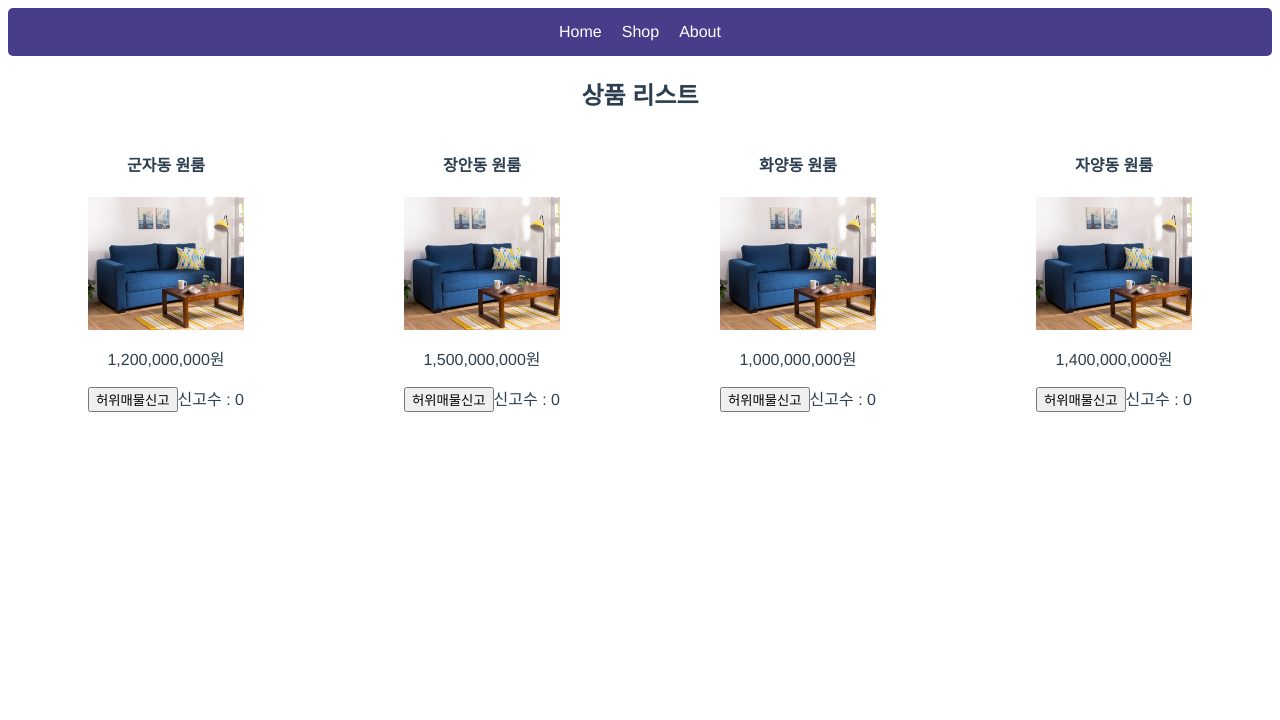
Repository: jy0813/Function
Page: / (app in function/)
These files come from the project's save history. The page is drawn as it stood at one moment and after the next save; the edit follows.
The browser window is 1280 px wide. The pictures show the whole page.
The project was rebuilt for these pictures with package versions that can differ from the ones it lists, and the page was loaded fresh each time.

Above is the page before, as saved 2022-02-24 13:06:12.

After the next save:
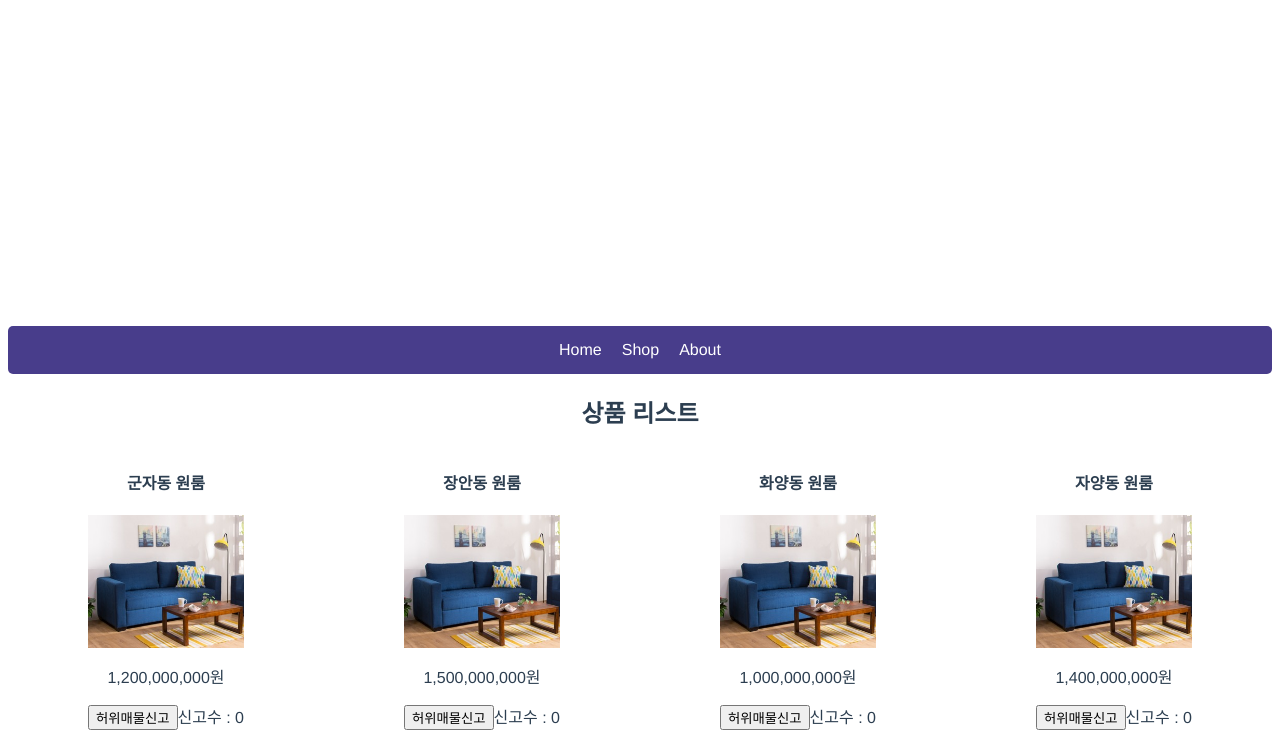
Saved 91 s later.
--- a/function/src/App.vue
+++ b/function/src/App.vue
@@ -1,5 +1,6 @@
 <template>
   <div id="container">
+    <main id="contents" class="main"></main>
     <div class="menu">
       <a v-for="(item, i) in menu" :key="'item' + i">{{item}}</a>
     </div>
@@ -83,6 +84,11 @@
     clear: both;
   }
 
+  #contents {
+      padding-bottom: 100px;
+  min-height: calc(100vh - 502px);
+  }
+
   .menu {
     background: darkslateblue;
     padding: 15px;

After the 3 saves that followed:
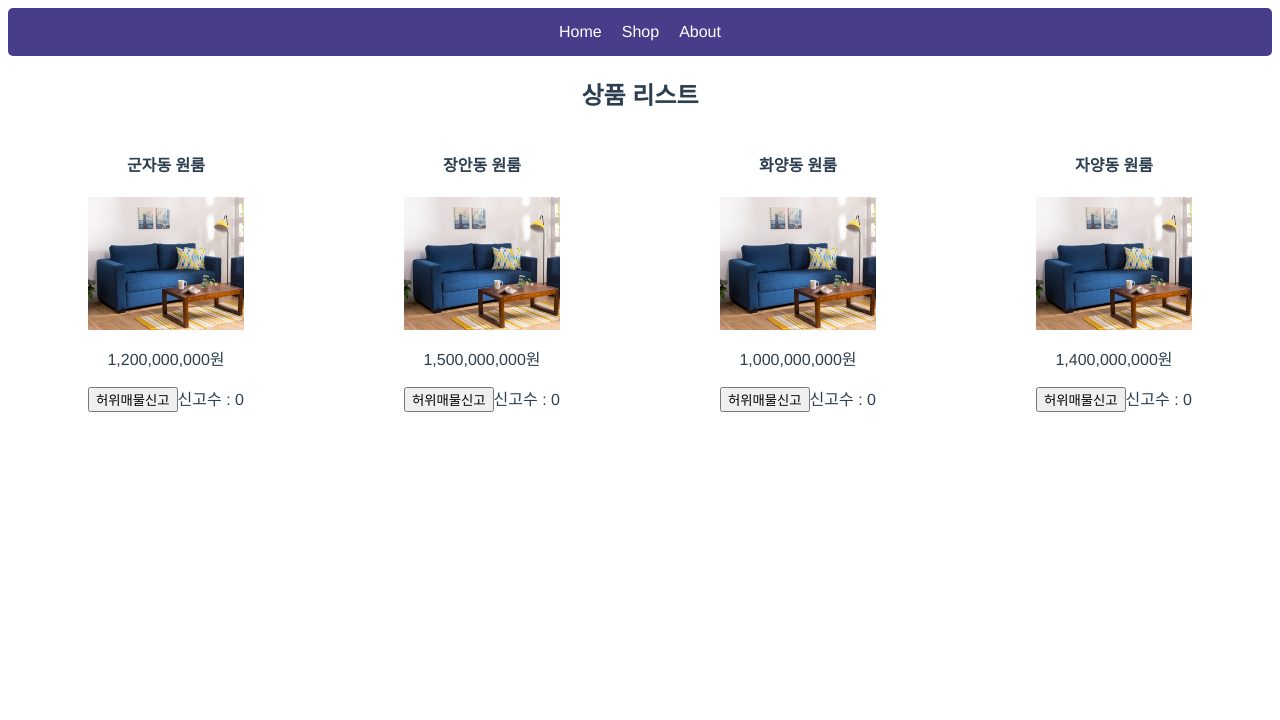
The 3 saves are shown as one change because 1 did not build or start and 1 left the picture as it was.
The last was saved 2 min 20 s later.
--- a/function/src/App.vue
+++ b/function/src/App.vue
@@ -1,6 +1,6 @@
 <template>
   <div id="container">
-    <main id="contents" class="main"></main>
+    <main id="contents" class="home_page">
     <div class="menu">
       <a v-for="(item, i) in menu" :key="'item' + i">{{item}}</a>
     </div>
@@ -18,6 +18,7 @@
         </div>
       </div>
     </div>
+    </main>
   </div>
 </template>
 
@@ -86,7 +87,7 @@
 
   #contents {
       padding-bottom: 100px;
-  min-height: calc(100vh - 502px);
+      min-height: calc(100vh - 502px);
   }
 
   .menu {
